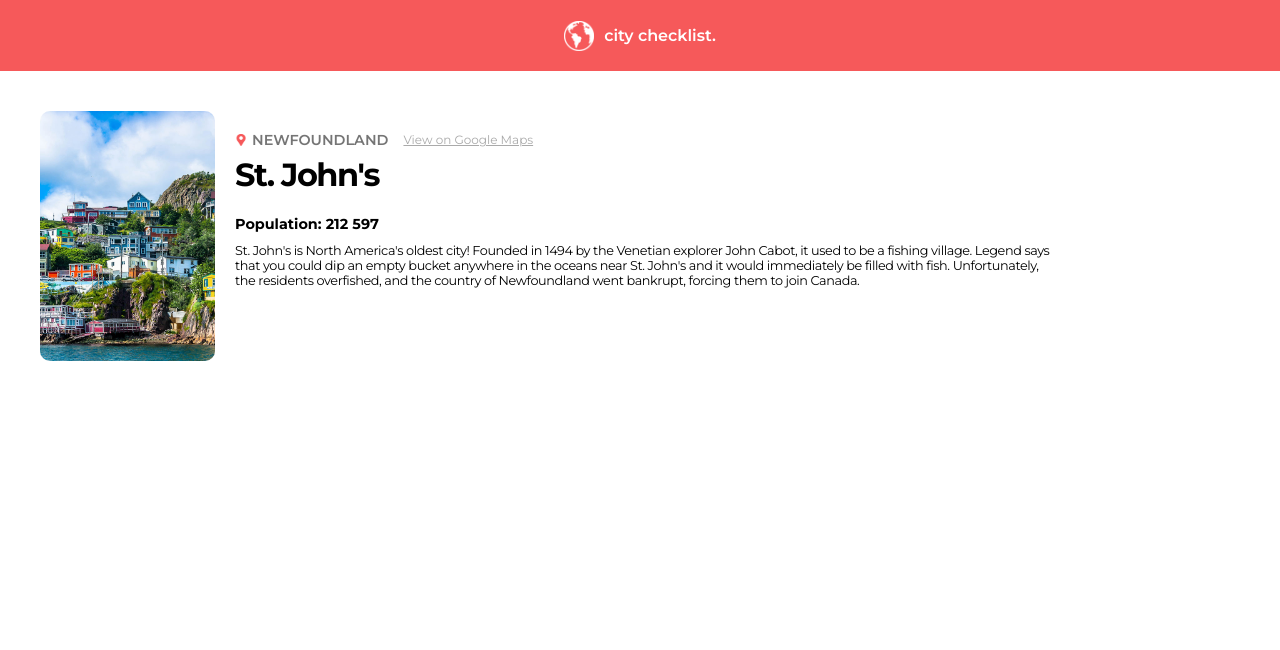
Repository: jsong552/my-city-checklist
Page: /
These files come from the project's save history. The page is drawn as it stood at one moment and after the next save; the edit follows.
The browser window is 1280 px wide. The pictures show the whole page.
The project was rebuilt for these pictures with package versions that can differ from the ones it lists, and the page was loaded fresh each time. Imported but missing from the stored project, and not drawn on this page: src/reportWebVitals.

Above is the page before, as saved 2023-12-29 19:13:25.

### public/index.html
<!DOCTYPE html>
<html lang="en">
  <head>
    <meta charset="utf-8" />
    <link rel="preconnect" href="https://fonts.googleapis.com">
    <link rel="preconnect" href="https://fonts.gstatic.com" crossorigin>
    <link href="https://fonts.googleapis.com/css2?family=Inter:wght@400;600;700&family=Montserrat:wght@200;300;400;500;600;700&display=swap" rel="stylesheet">
    <link rel="icon" href="%PUBLIC_URL%/favicon.ico" />
    <meta name="viewport" content="width=device-width, initial-scale=1" />
    <meta name="theme-color" content="#000000" />
    <meta
      name="description"
      content="Web site created using create-react-app"
    />
    <link rel="apple-touch-icon" href="%PUBLIC_URL%/logo192.png" />
    <!--
      manifest.json provides metadata used when your web app is installed on a
      user's mobile device or desktop. See https://developers.google.com/web/fundamentals/web-app-manifest/
    -->
    <link rel="manifest" href="%PUBLIC_URL%/manifest.json" />
    <!--
      Notice the use of %PUBLIC_URL% in the tags above.
      It will be replaced with the URL of the `public` folder during the build.
      Only files inside the `public` folder can be referenced from the HTML.

      Unlike "/favicon.ico" or "favicon.ico", "%PUBLIC_URL%/favicon.ico" will
      work correctly both with client-side routing and a non-root public URL.
      Learn how to configure a non-root public URL by running `npm run build`.
    -->
    <title>React App</title>
  </head>
  <body>
    <noscript>You need to enable JavaScript to run this app.</noscript>
    <div id="root"></div>
    <!--
      This HTML file is a template.
      If you open it directly in the browser, you will see an empty page.

      You can add webfonts, meta tags, or analytics to this file.
      The build step will place the bundled scripts into the <body> tag.

      To begin the development, run `npm start` or `yarn start`.
      To create a production bundle, use `npm run build` or `yarn build`.
    -->
  </body>
</html>

### src/index.css
body {
    margin: 0px;
}

.navbar {
    display: flex;
    align-items: center;
    padding: 10px;
    justify-content: center;
    background-color: #F6595A;
}

.navbar img {
    width: 30px;
    margin-right: 10px;
}

.navbar p {
    color: white;
    font-family: Montserrat;
    font-weight: 600;
}

/* card styles */

.cardsContainer {
    margin-left: 40px;
    margin-top: 40px;
}

.card {
    display: flex;
    font-family: Montserrat;
}

.imageOfLocation {
    height: 250px;
    width: 175px;
    border-radius: 10px;
    object-fit: cover;
}

.cardInfo {
    margin-left: 20px;
    padding-top: 20px;
    width: 66%;
}

.locationMarker {
    width: 12px;
    margin-right: 5px;
}

.cardLocation * {
    display: inline;
}

.cardLocation h4 {
    font-weight: 600;
    font-size: 0.9rem;
    position: relative;
    bottom: 1px;
    color: #757575;
}

.cardLocation a {
    font-size: 0.75rem;
    position: relative;
    bottom: 2px;
    color: #aaaaaa;
    margin-left: 15px;
}

.cardInfo h1 {
    margin-top: 5px;
    letter-spacing: -1.5px;
}

.cardInfo h3 {
    font-size: 0.9rem;
    margin-bottom: 10px;
}

.cardInfo p {
    margin-top: 0px;
    font-size: 0.8rem;
    letter-spacing: -0.4px;
}

### src/App.js
import React from "react";
import Navbar from "./components/Navbar.js";
import Card from "./components/Card.js";

export default function App() {
    return (
        <div className="container">
            <Navbar />
            <div className="cardsContainer">
                <Card />
            </div>
        </div>
    )
}

### src/components/Navbar.js
import React from "react";

export default function Navbar() {
    return (
        <nav className="navbar">
            <img src={require('../images/logo.png')} alt="logo"/>
            <p>city checklist.</p>
        </nav>
    )
}

### src/components/Card.js
import React from "react";

export default function Card() {
    return (
        <div className="card">
            <img className="imageOfLocation" src={require('../images/stjohns.jpg')} alt="St. Johns Downtown" />
            <div className="cardInfo">
                <span className="cardLocation">
                    <img className="locationMarker" src={require('../images/location-marker.png')} />
                    <h4>NEWFOUNDLAND</h4>
                    <a href="https://www.google.com/maps/place/St.+John's,+NL/@47.4825126,-52.9947887,11z/data=!3m1!4b1!4m6!3m5!1s0x4b0ca38e6b0aa261:0x9e1fd4001f12261f!8m2!3d47.5556097!4d-52.7452511!16zL20vMGo4cDY?hl=en&entry=ttu">View on Google Maps</a>
                </span>
                <h1>St. John's</h1>
                <h3>Population: 212 597</h3>
                <p>St. John's is North America's oldest city! Founded in 1494 by the
                    Venetian explorer John Cabot, it used to be a fishing village.
                    Legend says that you could dip an empty bucket anywhere in the oceans
                    near St. John's and it would immediately be filled with fish. Unfortunately,
                    the residents overfished, and the country of Newfoundland went bankrupt, forcing
                    them to join Canada.
                </p>
            </div>
        </div>
    )
}

Loaded but not shown: src/index.js (common file)

After the next save:
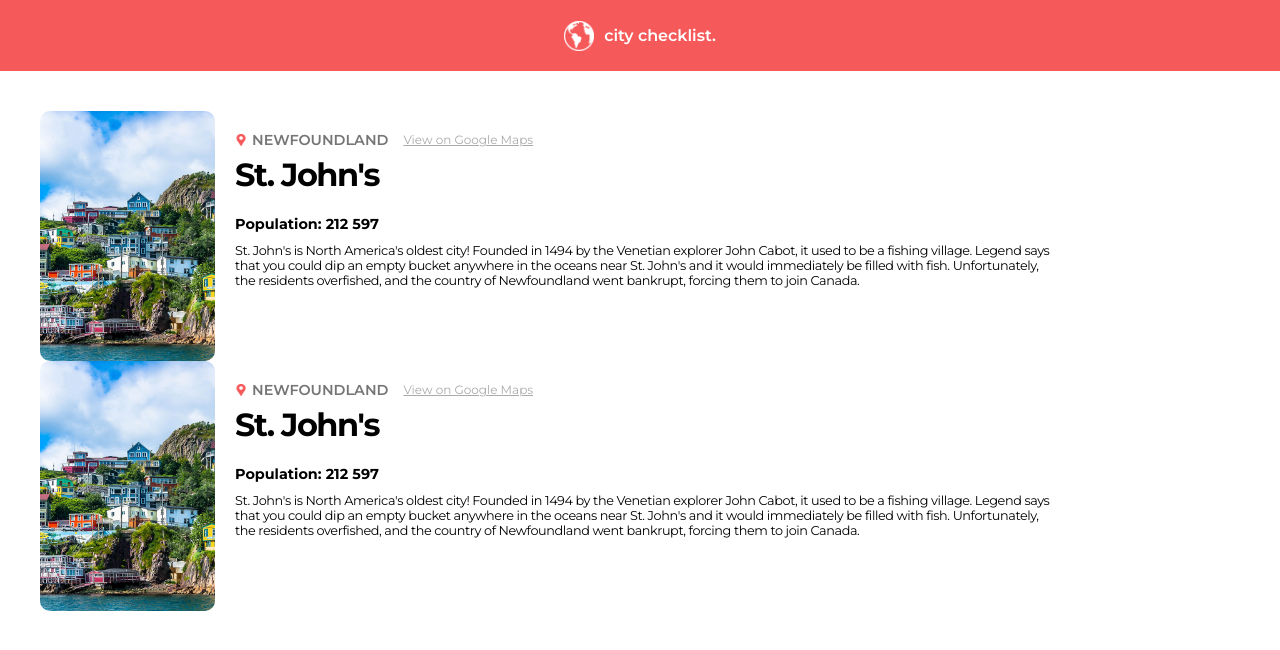
Saved 36 s later.
--- a/src/App.js
+++ b/src/App.js
@@ -8,6 +8,7 @@ export default function App() {
             <Navbar />
             <div className="cardsContainer">
                 <Card />
+                <Card />
             </div>
         </div>
     )
